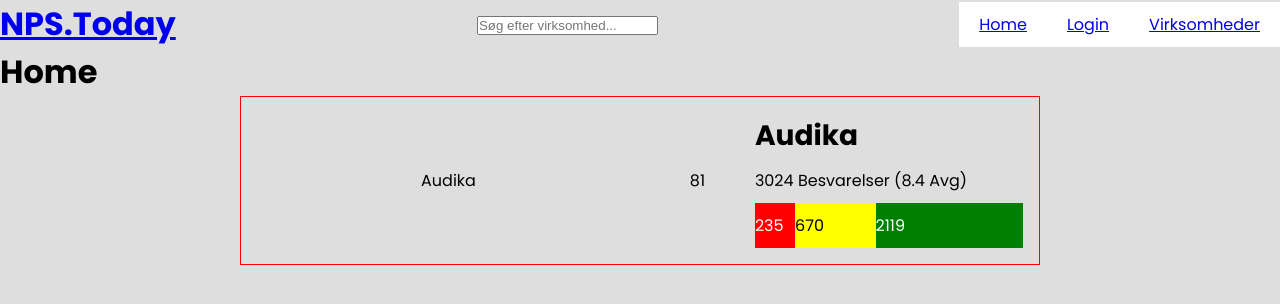
Repository: Shaydx/reviews
Page: /
The author's editor kept a copy of each file at every save. The page is drawn from the files as they stood at one save, then again after a run of saves.
The browser window is 1280 px wide. The pictures show the whole page.
The project was rebuilt for these pictures with package versions that can differ from the ones it lists, and the page was loaded fresh each time.

Above is the page before, as saved 2020-10-13 16:33:10.

After the next 2 saves:
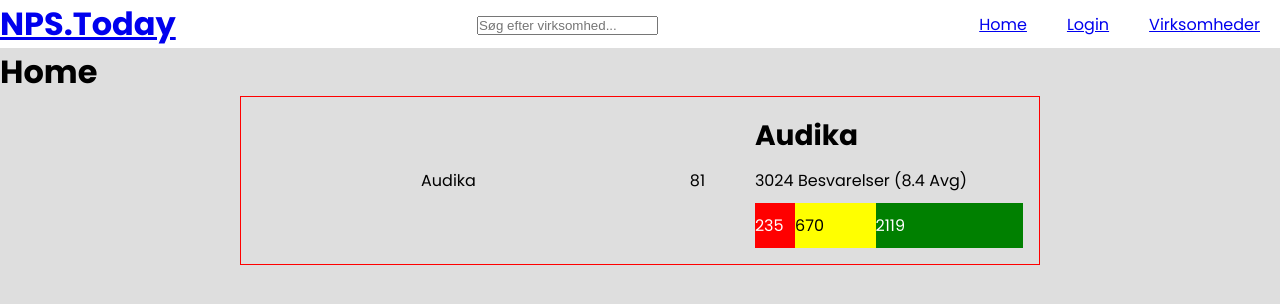
The 2 saves are shown as one change because 1 did not build or start.
The last was saved 37 s later.
--- a/src/assets/abstracts/_variables.scss
+++ b/src/assets/abstracts/_variables.scss
@@ -3,6 +3,7 @@
 $yellow: #fdc619;
 $green: #00a46e;
 $black: #3c3c3c;
+$white: #ffffff;
 
 $primary: $red;
 $secondary: $green;
--- a/src/assets/partials/_header.scss
+++ b/src/assets/partials/_header.scss
@@ -2,4 +2,6 @@
   display: flex;
   justify-content: space-between;
   align-items: center;
+
+  background: $white;
 }
